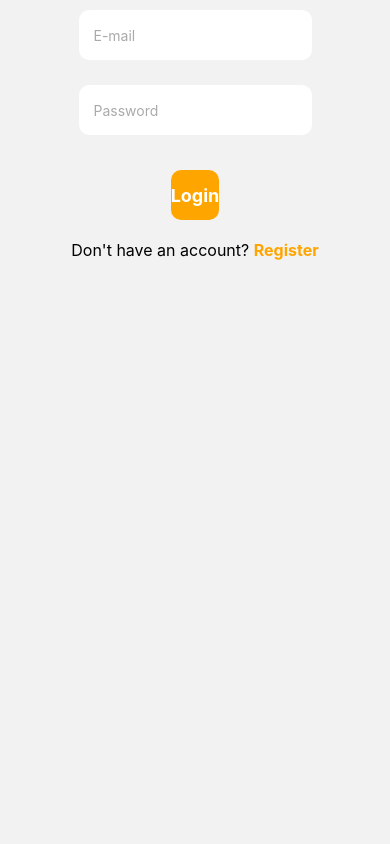
Repository: ds-mbappe/UpShoCal
Screen: /
These files come from the project's save history. The screen is drawn as it stood at one moment and after the next save; the edit follows.
The app was drawn by React Native's web renderer in a window 390 px wide. The project was rebuilt for these pictures with package versions that can differ from the ones it lists, and the page was loaded fresh each time. Also part of the build but not shown: data.js, Screens/Home.js, Screens/Product.js, Screens/Registration.js.

Above is the screen before, as saved 2022-06-07 13:25:05.

### App.js
import React, { useEffect, useState } from "react";
import { NavigationContainer } from "@react-navigation/native";
import { createNativeStackNavigator } from "@react-navigation/native-stack";
import { createDrawerNavigator } from "@react-navigation/drawer";
import Home from "./Screens/Home";
import Product from "./Screens/Product";
import Login from "./Screens/Login";
import Registration from "./Screens/Registration";

const Stack = createNativeStackNavigator();
const Drawer = createDrawerNavigator();

const Root = () => {
  return (
    <Stack.Navigator initialRouteName="Home">
      <Stack.Screen
        name="Root"
        component={Home}
        options={{ headerShown: false }}
      />
      <Stack.Screen
        name="Product"
        component={Product}
        options={{ headerShown: false }}
      />
    </Stack.Navigator>
  );
};

export default function App() {
  const [loading, setLoading] = useState(true);

  const [user, setUser] = useState(null);

  return (
    <NavigationContainer>
      <Stack.Navigator>
        {user ? (
          <Stack.Screen
            name="Root"
            component={Root}
            options={{ headerShown: false }}
          />
        ) : (
          <>
            <Stack.Screen
              name="Login"
              component={Login}
              options={{ headerShown: false }}
            />
            <Stack.Screen
              name="Registration"
              component={Registration}
              options={{ headerShown: false }}
            />
          </>
        )}
      </Stack.Navigator>
    </NavigationContainer>
    // <NavigationContainer>
    //   <Drawer.Navigator screenOptions={{ drawerPosition: "right" }}>
    //     <Drawer.Screen
    //       name="Home"
    //       component={Root}
    //       options={{ headerShown: false }}
    //     />
    //   </Drawer.Navigator>
    // </NavigationContainer>
  );
}

### Screens/Login.js
import {
  StyleSheet,
  Text,
  TextInput,
  TouchableOpacity,
  View,
  ScrollView,
} from "react-native";
import React, { useState } from "react";

const Login = ({ navigation }) => {
  const [email, setEmail] = useState("");

  const [password, setPassword] = useState("");

  const onFooterLinkPress = () => {
    navigation.navigate("Registration");
  };

  const onLoginPress = () => {
    console.log("Pressed");
  };

  return (
    <ScrollView>
      <View style={styles.container}>
        <TextInput
          style={styles.input}
          placeholder="E-mail"
          placeholderTextColor="#AAAAAA"
          onChangeText={(text) => setEmail(text)}
          value={email}
          autoCapitalize="none"
        />
        <TextInput
          style={styles.input}
          placeholder="Password"
          placeholderTextColor="#AAAAAA"
          secureTextEntry={true}
          onChangeText={(text) => setPassword(text)}
          value={password}
          autoCapitalize="none"
        />
        <TouchableOpacity style={styles.button} onPress={() => onLoginPress()}>
          <Text style={styles.buttonTitle}>Login</Text>
        </TouchableOpacity>
        <View style={styles.footerView}>
          <Text style={styles.footerText}>
            Don't have an account?{" "}
            <Text style={styles.footerLink} onPress={onFooterLinkPress}>
              Register
            </Text>
          </Text>
        </View>
      </View>
    </ScrollView>
  );
};

export default Login;

const styles = StyleSheet.create({
  container: {
    flex: 1,
    width: "100%",
    justifyContent: "center",
    alignItems: "center",
  },
  input: {
    height: 50,
    borderRadius: 10,
    overflow: "hidden",
    backgroundColor: "white",
    marginTop: 10,
    marginBottom: 15,
    marginStart: 30,
    marginEnd: 30,
    paddingStart: 15,
  },
  button: {
    backgroundColor: "orange",
    marginStart: 30,
    marginEnd: 30,
    marginTop: 20,
    borderRadius: 10,
    height: 50,
    justifyContent: "center",
    alignItems: "center",
  },
  buttonTitle: {
    color: "white",
    fontSize: 18,
    fontWeight: "bold",
  },
  footerView: {
    flex: 1,
    justifyContent: "center",
    alignItems: "center",
    marginTop: 20,
  },
  footerText: {
    fontSize: 16,
    color: "black",
  },
  footerLink: {
    color: "orange",
    fontWeight: "bold",
    fontSize: 16,
  },
});

After the next save:
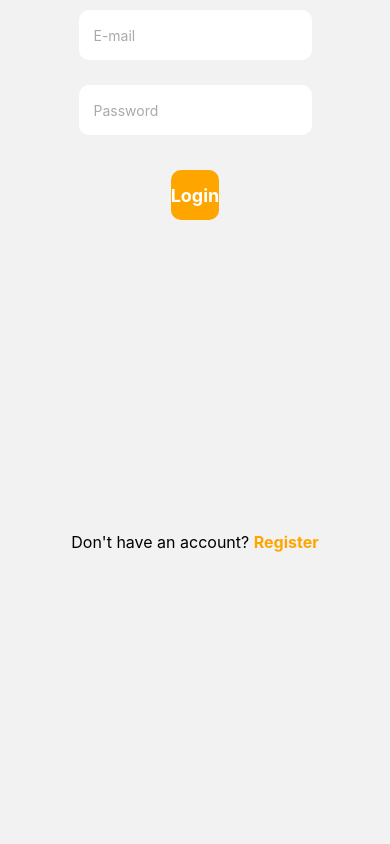
Saved 13 s later.
--- a/Screens/Login.js
+++ b/Screens/Login.js
@@ -22,38 +22,36 @@ const Login = ({ navigation }) => {
   };
 
   return (
-    <ScrollView>
-      <View style={styles.container}>
-        <TextInput
-          style={styles.input}
-          placeholder="E-mail"
-          placeholderTextColor="#AAAAAA"
-          onChangeText={(text) => setEmail(text)}
-          value={email}
-          autoCapitalize="none"
-        />
-        <TextInput
-          style={styles.input}
-          placeholder="Password"
-          placeholderTextColor="#AAAAAA"
-          secureTextEntry={true}
-          onChangeText={(text) => setPassword(text)}
-          value={password}
-          autoCapitalize="none"
-        />
-        <TouchableOpacity style={styles.button} onPress={() => onLoginPress()}>
-          <Text style={styles.buttonTitle}>Login</Text>
-        </TouchableOpacity>
-        <View style={styles.footerView}>
-          <Text style={styles.footerText}>
-            Don't have an account?{" "}
-            <Text style={styles.footerLink} onPress={onFooterLinkPress}>
-              Register
-            </Text>
+    <View style={styles.container}>
+      <TextInput
+        style={styles.input}
+        placeholder="E-mail"
+        placeholderTextColor="#AAAAAA"
+        onChangeText={(text) => setEmail(text)}
+        value={email}
+        autoCapitalize="none"
+      />
+      <TextInput
+        style={styles.input}
+        placeholder="Password"
+        placeholderTextColor="#AAAAAA"
+        secureTextEntry={true}
+        onChangeText={(text) => setPassword(text)}
+        value={password}
+        autoCapitalize="none"
+      />
+      <TouchableOpacity style={styles.button} onPress={() => onLoginPress()}>
+        <Text style={styles.buttonTitle}>Login</Text>
+      </TouchableOpacity>
+      <View style={styles.footerView}>
+        <Text style={styles.footerText}>
+          Don't have an account?{" "}
+          <Text style={styles.footerLink} onPress={onFooterLinkPress}>
+            Register
           </Text>
-        </View>
+        </Text>
       </View>
-    </ScrollView>
+    </View>
   );
 };
 
